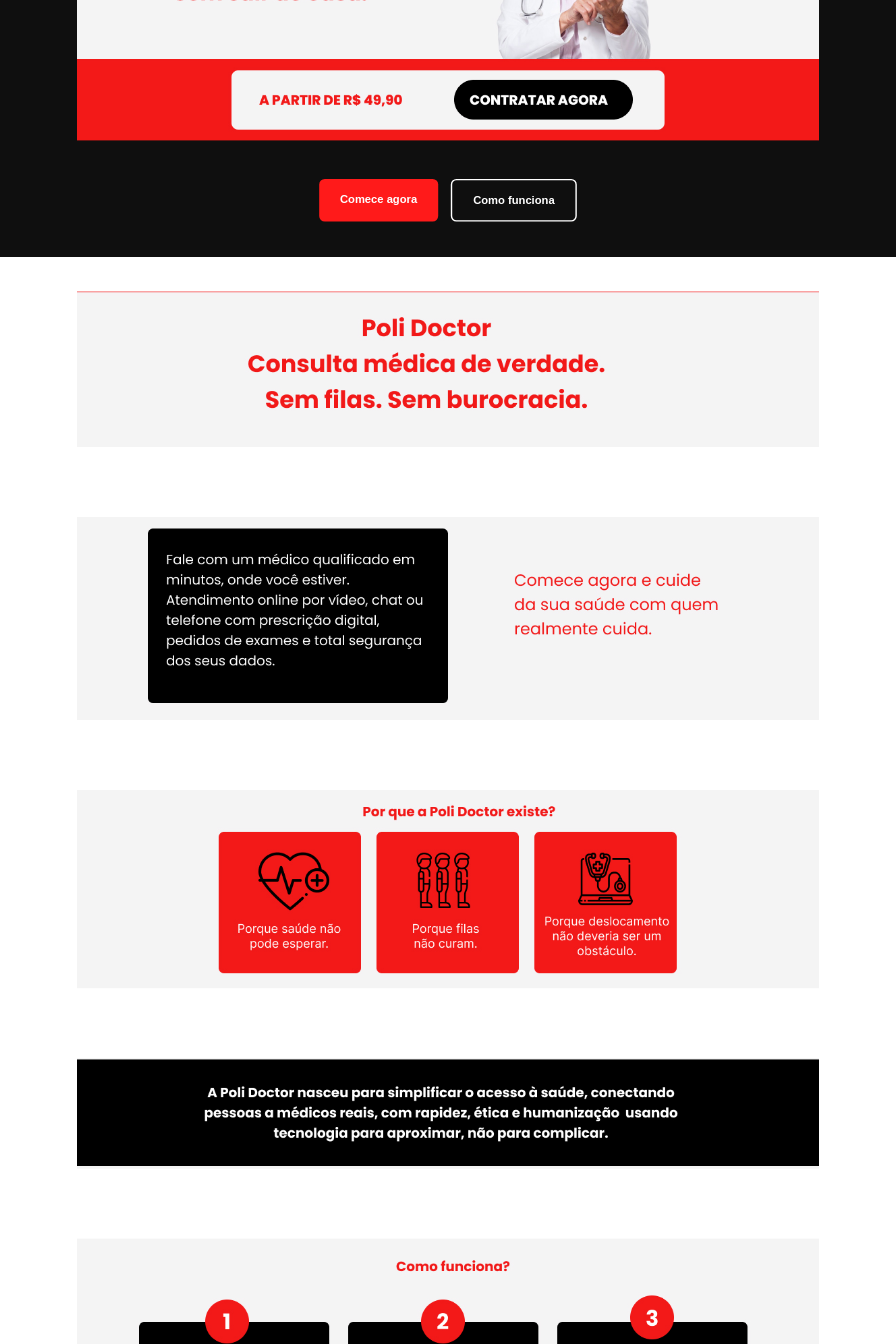
Repository: RenSkywalker/poli-doctor-landing
Page: index.html
These files come from the project's save history. The page is drawn as it stood at one moment and after the next save; the edit follows.
The browser window is 1280 px wide. The pictures show the part of the page from y = 412 to 2332 px (the page is 5001 px tall before and 4884 px after), at 70% of full size.

Above is the page before, as saved 2026-01-27 17:15:39.

After the next save:
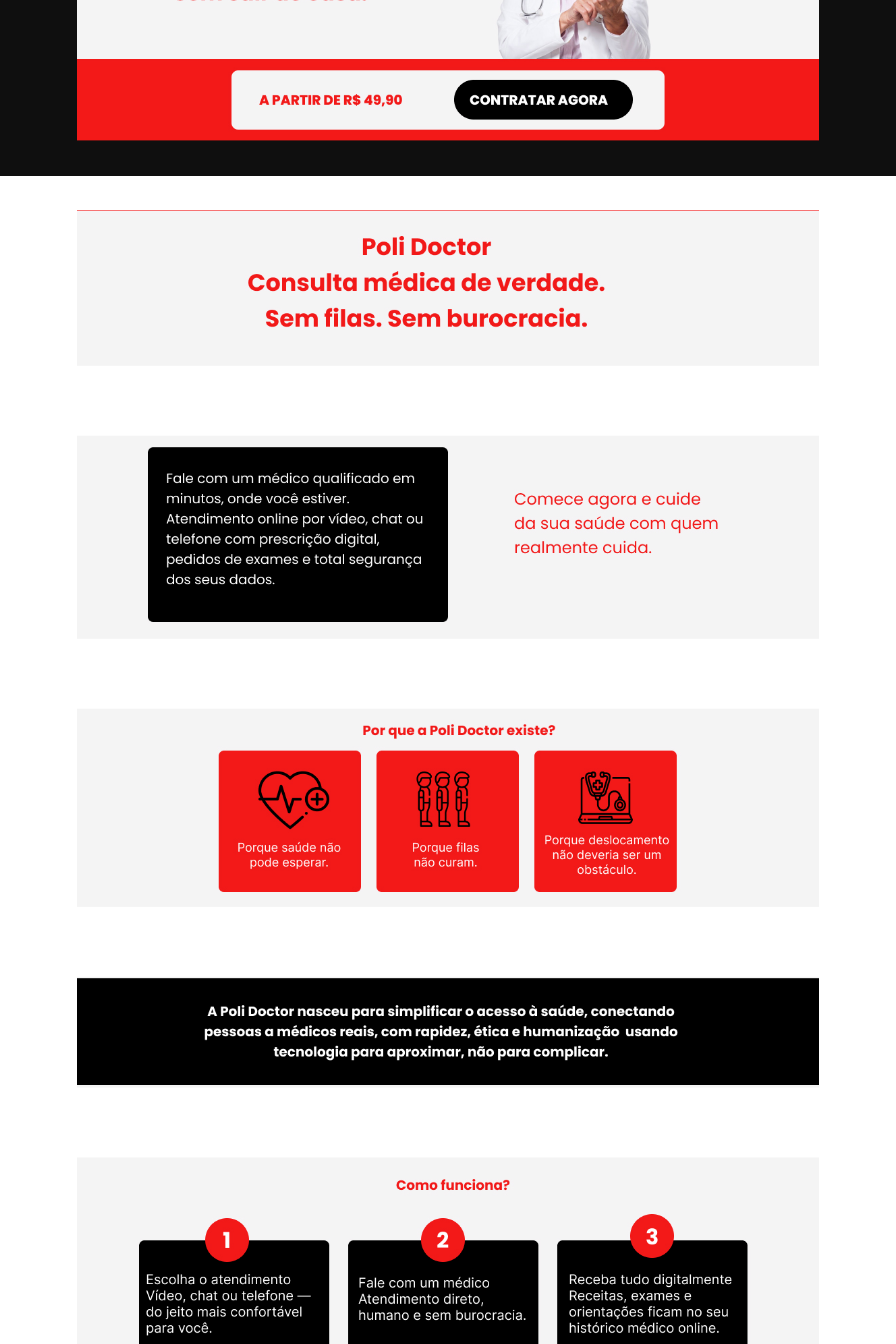
Saved 2 min 54 s later.
--- a/index.html
+++ b/index.html
@@ -23,11 +23,6 @@
       alt="Consultas médicas 24h por dia sem sair de casa"
       class="img-bloco"
     />
-
-    <div class="hero-buttons">
-      <a href="#planos" class="btn primary">Comece agora</a>
-      <a href="#como-funciona" class="btn outline">Como funciona</a>
-    </div>
 
   </div>
 </header>
